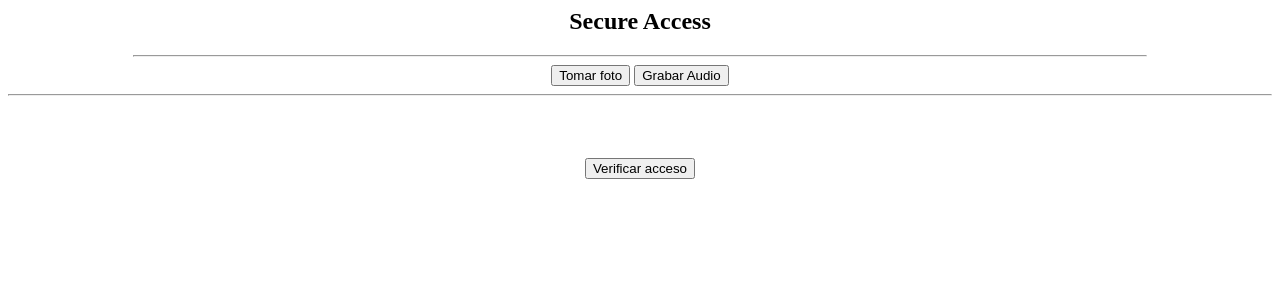
Repository: dabarreiroh/SECURE-ACCESS
Page: accessecure/templates/home/index.html
An editor plug-in stored every save of this project. The page is shown before and after the next save, followed by the edit.
The browser window is 1280 px wide. The pictures show the whole page.

Above is the page before, as saved 2020-03-16 22:29:09.

### accessecure/templates/home/index.html



<html>
<body>

<center><h2>Secure Access</h2></center>
<HR width="80%">
    <center>
        <input type="button" value="Tomar foto" onClick="window.location.href='photo'">
        <input type="button" value="Grabar Audio" onClick="window.location.href='audio'">
    <center/>
        <HR>


        <br><br><br>
            <div>
                <input type="button" value="Verificar acceso" onClick="window.location.href='verified'">
            <div/>
</body>
</html>

Loaded but not shown: accessecure/static/admin/css/index/index.css (no stored copy; drawn as an empty file)

After the next save:
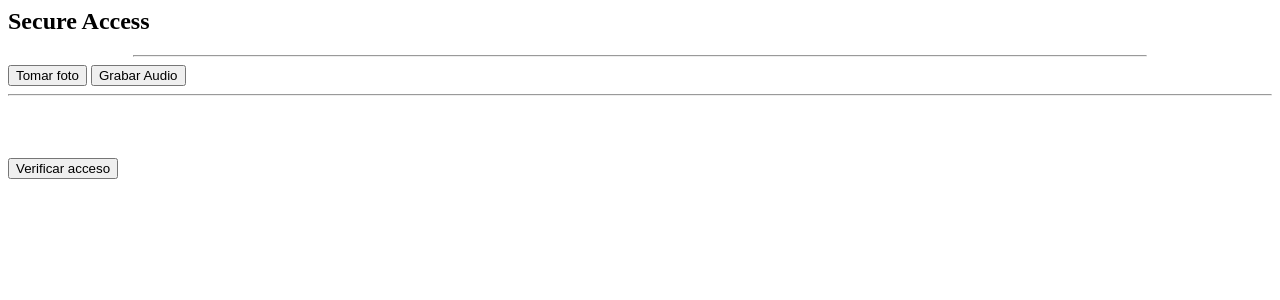
Saved 74 s later.
--- a/accessecure/templates/home/index.html
+++ b/accessecure/templates/home/index.html
@@ -1,21 +1,19 @@
-
-
-
 <html>
+    <head>
+        <link rel="stylesheet" href="./../../static/admin/css/index/index.css">
+    </head>
 <body>
 
-<center><h2>Secure Access</h2></center>
+<h2>Secure Access</h2>
 <HR width="80%">
-    <center>
         <input type="button" value="Tomar foto" onClick="window.location.href='photo'">
         <input type="button" value="Grabar Audio" onClick="window.location.href='audio'">
-    <center/>
         <HR>
 
 
         <br><br><br>
             <div>
                 <input type="button" value="Verificar acceso" onClick="window.location.href='verified'">
-            <div/>
+            </div>
 </body>
 </html>
